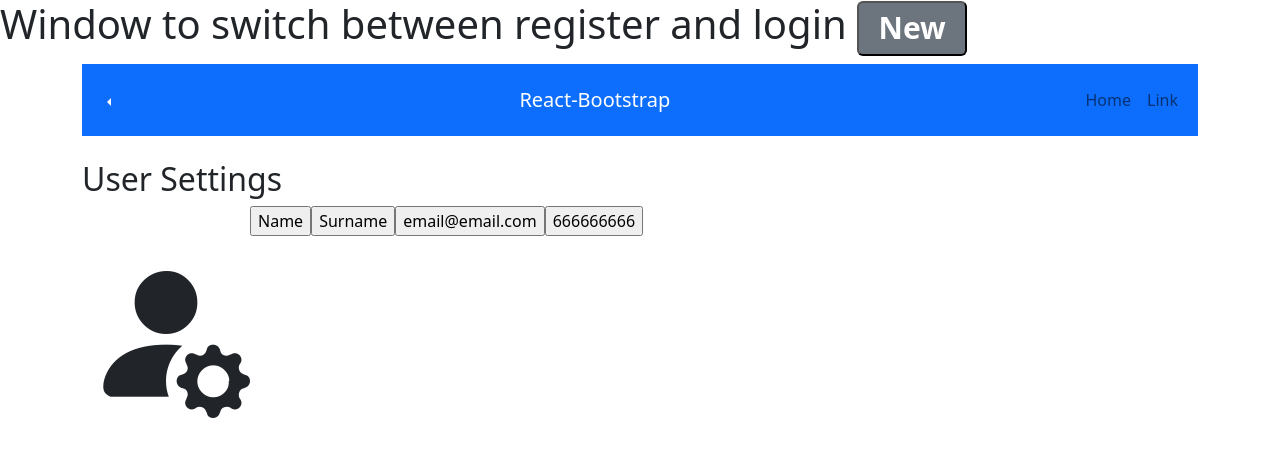
Repository: christenis98/RealWorldApp
Page: / (app in bank-frontend/)
An editor plug-in stored every save of this project. The page is shown before and after the next save, followed by the edit.
The browser window is 1280 px wide. The pictures show the whole page.
The project was rebuilt for these pictures with package versions that can differ from the ones it lists, and the page was loaded fresh each time. Also part of the build but not shown: bank-frontend/src/App.css.

Above is the page before, as saved 2022-11-24 12:41:58.

### bank-frontend/src/index.js
import React from 'react';
import ReactDOM from 'react-dom/client';
import './index.css';
import App from './App';
import reportWebVitals from './reportWebVitals';
import 'bootstrap/dist/css/bootstrap.min.css';

import 'bootstrap-icons/font/bootstrap-icons.css';

const root = ReactDOM.createRoot(document.getElementById('root'));
root.render(
  <React.StrictMode>
    <App />
  </React.StrictMode>
);

// If you want to start measuring performance in your app, pass a function
// to log results (for example: reportWebVitals(console.log))
// or send to an analytics endpoint. Learn more: https://bit.ly/CRA-vitals
reportWebVitals();

### bank-frontend/src/App.js
import logo from './logo.svg';
import './App.css';
import Badge from 'react-bootstrap/Badge'
import DropStartComponent from './js/DropStartComponent';
import UserSettings from './js/UserSettings';


function App() {
  return (
    <div>
    <h1>
      Window to switch between register and login{' '}
      <Badge bg="secondary" as="Button">
        New
      </Badge>
    </h1>
    <DropStartComponent/>
    <UserSettings/>
  </div>
  );
}

export default App;

### bank-frontend/src/js/DropStartComponent.js
import Dropdown from "react-bootstrap/Dropdown";
import DropdownButton from "react-bootstrap/DropdownButton";
import Nav from "react-bootstrap/Nav";
import Navbar from "react-bootstrap/Navbar";
import NavDropdown from "react-bootstrap/NavDropdown";
import Container from "react-bootstrap/Container";

const DropStartComponent = () => {
  return (
    <Container>
      <Navbar bg="primary" variant="dark" expand="lg">
        <Container>
          <DropdownButton
            key={"start"}
            id={`dropdown-button-drop-${"start"}`}
            drop={"start"}
            variant="primary"
          >
            <Dropdown.Item eventKey="1">Action</Dropdown.Item>
            <Dropdown.Item eventKey="2">Another action</Dropdown.Item>
            <Dropdown.Item eventKey="3">Something else here</Dropdown.Item>
            <Dropdown.Divider />
            <Dropdown.Item eventKey="4">Separated link</Dropdown.Item>
          </DropdownButton>
          <Navbar.Brand href="#home">React-Bootstrap</Navbar.Brand>
          <Navbar.Toggle aria-controls="basic-navbar-nav" />
          <Navbar id="basic-navbar-nav">
            <Nav className="me-auto">
              <Nav.Link href="#home">Home</Nav.Link>
              <Nav.Link href="#link">Link</Nav.Link>
            </Nav>
          </Navbar>
        </Container>
      </Navbar>
    </Container>
  );
};

export default DropStartComponent;

### bank-frontend/src/js/UserSettings.jsx
import React from 'react'

function UserSettings() {
    return (
        <div className="container d-flex flex-column bd-highlight">
            <div className="d-flex flex-row bd-highlight mx-left mt-4">
                <h2>User Settings</h2>
            </div>

            <div className="d-flex flex-row bd-highlight">
                <i className="bi bi-person-fill-gear" style={{ fontSize: "1050%" }}></i>
                <div className="">
                    <input type="submit" value="Name" />
                </div>
                <div className="">
                    <input type="submit" value="Surname" />
                </div>
                <div className="">
                    <input type="submit" value="email@email.com" />
                </div>
                <div className="">
                    <input type="submit" value="666666666" />
                </div>
            </div>
        </div>
    )
}


export default UserSettings;

Loaded but not shown: bank-frontend/public/index.html (common file); bank-frontend/src/index.css (common file); bank-frontend/src/reportWebVitals.js (common file)

After the next save:
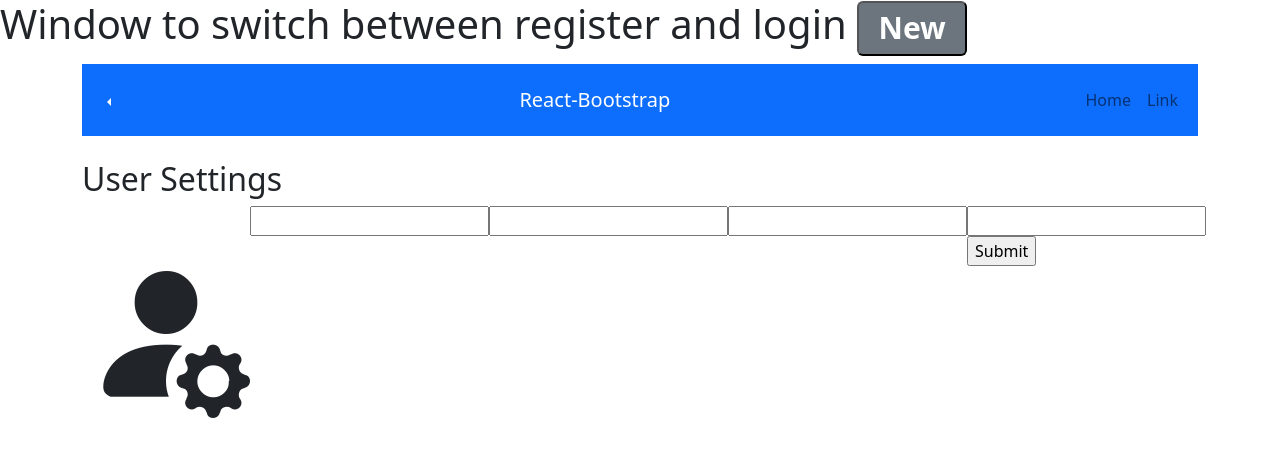
Saved 75 s later.
--- a/bank-frontend/src/js/UserSettings.jsx
+++ b/bank-frontend/src/js/UserSettings.jsx
@@ -10,16 +10,17 @@ function UserSettings() {
             <div className="d-flex flex-row bd-highlight">
                 <i className="bi bi-person-fill-gear" style={{ fontSize: "1050%" }}></i>
                 <div className="">
-                    <input type="submit" value="Name" />
+                    <input type="text" name="name" />
                 </div>
                 <div className="">
-                    <input type="submit" value="Surname" />
+                    <input type="text" name="name" />
                 </div>
                 <div className="">
-                    <input type="submit" value="email@email.com" />
+                        <input type="text" name="name" />
                 </div>
                 <div className="">
-                    <input type="submit" value="666666666" />
+                    <input type="text" name="name" />
+                    <input type="submit" value="Submit" />
                 </div>
             </div>
         </div>
